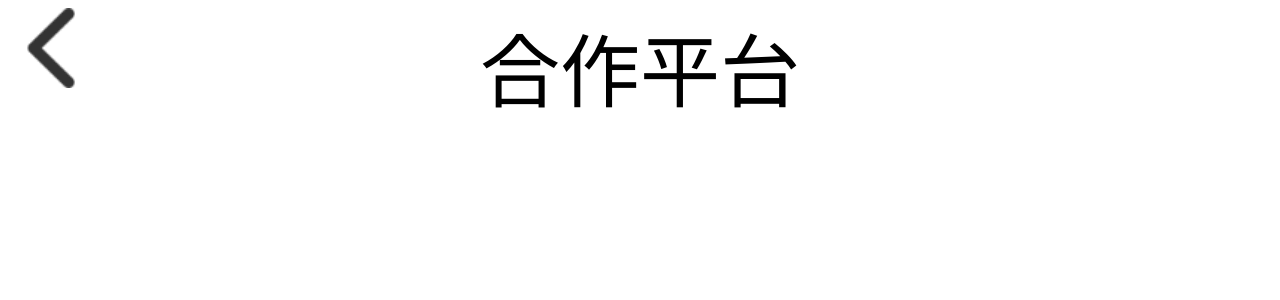
Repository: GgoodBoy/js-object
Page: jquery懒加载/platObj/platForm.html
The author's editor kept a copy of each file at every save. The page is drawn from the files as they stood at one save, then again after the next save.
The browser window is 1280 px wide. The pictures show the whole page.
Some web libraries are served in a nearby version.

Above is the page before, as saved 2019-10-15 13:42:10.

### jquery懒加载/platObj/platForm.html
<!DOCTYPE html PUBLIC "-//WAPFORUM//DTD XHTML Mobile 1.0//EN" "http://www.wapforum.org/DTD/xhtml-mobile10.dtd">
<html>
<head>
  <meta charset="utf-8">
  <meta name="viewport" content="width=device-width,initial-scale=1.0,maximum-scale=1.0,minimum=1.0,user-scalable=no">
  <meta name="format-detection" content="telephone=no, email=no">
  <meta name="apple-mobile-web-app-capable" content="yes">
  <meta http-equiv="Content-Security-Policy" content="script-src 'self' *.alicdn.com *.qq.com *.wx.qq.com *.7moor.com * *.youfushuyuan.com *.xueguoxue.com *.sohu.com 'unsafe-inline' 'unsafe-eval'">

</head>

<body>
  <div id="platFormId">
    <div class="titleNav">
        <img class="imgInf" src="./img/returnImg.png"/>
        合作平台
    </div>
    <div class="platList"></div>
  </div>
</body>
<script src="http://libs.baidu.com/jquery/2.0.0/jquery.min.js"></script>
<script>
!(function(doc, win) {
    var docEle = doc.documentElement,
        evt = "onorientationchange" in window ? "orientationchange" : "resize",
        fn = function() {
            var width = docEle.clientWidth;
            width && (docEle.style.fontSize = Math.ceil(20 * (width / 320)) + "px");
        };

    win.addEventListener(evt, fn, false);
    doc.addEventListener("DOMContentLoaded", fn, false);

}(document, window));
</script>
<style>
html{
    -ms-text-size-adjust: 100%;
    -webkit-text-size-adjust: 100%;
    background: 0 0;
    color: #000;
    -moz-user-select: none;
    -khtml-user-select: none;
    user-select: none;
    width: 100%;
    height: 100%;
}
#platFormId{
    position: relative;
}
#platFormId .titleNav{
    text-align: center;
    width: 100%;
}
#platFormId .titleNav .imgInf{
    position: absolute;
    left: 0;
    width: 1rem;
}

</style>
</html>

After the next save:
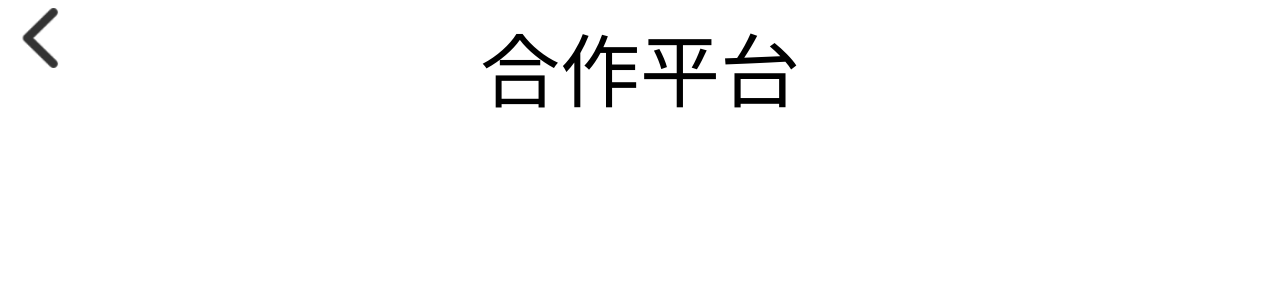
Saved 60 s later.
--- a/jquery懒加载/platObj/platForm.html
+++ b/jquery懒加载/platObj/platForm.html
@@ -55,7 +55,7 @@
 #platFormId .titleNav .imgInf{
     position: absolute;
     left: 0;
-    width: 1rem;
+    width: 0.75rem;
 }
 
 </style>
